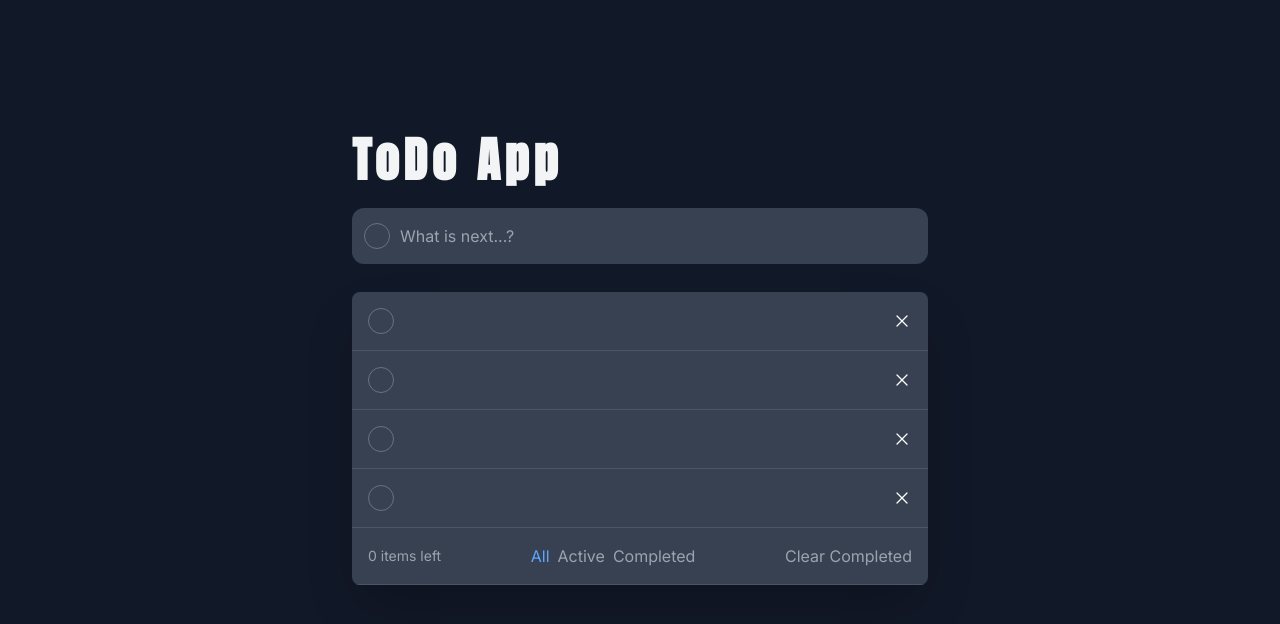
Repository: mvbri/app-todo-fullstack
Page: /
The author's editor kept a copy of each file at every save. The page is drawn from the files as they stood at one save, then again after the next save.
The browser window is 1280 px wide. The pictures show the whole page.
The project was rebuilt for these pictures with package versions that can differ from the ones it lists, and the page was loaded fresh each time. Also part of the build but not shown: src/App.css.

Above is the page before, as saved 2023-04-11 15:06:44.

### public/index.html
<!DOCTYPE html>
<html lang="en">
	<head>
		<meta charset="utf-8" />
		<link rel="icon" href="%PUBLIC_URL%/favicon.ico" />
		<meta name="viewport" content="width=device-width, initial-scale=1" />
		<meta name="theme-color" content="#000000" />
		<meta
			name="description"
			content="Web site created using create-react-app"
		/>
		<link rel="apple-touch-icon" href="%PUBLIC_URL%/logo192.png" />
		<!--
      manifest.json provides metadata used when your web app is installed on a
      user's mobile device or desktop. See https://developers.google.com/web/fundamentals/web-app-manifest/
    -->
		<link rel="manifest" href="%PUBLIC_URL%/manifest.json" />
		<!--
      Notice the use of %PUBLIC_URL% in the tags above.
      It will be replaced with the URL of the `public` folder during the build.
      Only files inside the `public` folder can be referenced from the HTML.

      Unlike "/favicon.ico" or "favicon.ico", "%PUBLIC_URL%/favicon.ico" will
      work correctly both with client-side routing and a non-root public URL.
      Learn how to configure a non-root public URL by running `npm run build`.
    -->
		<link rel="preconnect" href="https://fonts.googleapis.com" />
		<link rel="preconnect" href="https://fonts.gstatic.com" crossorigin />
		<link
			href="https://fonts.googleapis.com/css2?family=Anton&family=Inter&display=swap"
			rel="stylesheet"
		/>
		<title>React App</title>
	</head>
	<body>
		<noscript>You need to enable JavaScript to run this app.</noscript>
		<div id="root"></div>
		<!--
      This HTML file is a template.
      If you open it directly in the browser, you will see an empty page.

      You can add webfonts, meta tags, or analytics to this file.
      The build step will place the bundled scripts into the <body> tag.

      To begin the development, run `npm start` or `yarn start`.
      To create a production bundle, use `npm run build` or `yarn build`.
    -->
	</body>
</html>

### src/App.js
import './App.css';
import { useState } from 'react';
import Title from './components/Title';
import TodoInput from './components/TodoInput';
import TodoList from './components/TodoList';

function App() {
	const [todos, setTodos] = useState([
		{
			id: 1,
			title: 'Watch the next Marvel movie',
			completed: false,
		},
		{
			id: 2,
			title: 'Record the next video',
			completed: false,
		},
		{
			id: 3,
			title: 'Wash the dishes',
			completed: false,
		},
		{
			id: 4,
			title: 'Study 2 hours',
			completed: false,
		},
	]);

	return (
		<div className='bg-gray-900 min-h-screen h-ful text-gray-100 font-inter flex items-center justify-center py-20 px-5'>
			<div className='container flex flex-col max-w-xl'>
				<Title />
				<TodoInput />
				<TodoList todos={todos} />
			</div>
		</div>
	);
}

export default App;

### src/components/Title.js
import React from 'react';

function Title() {
	return (
		<h1 className='text-5xl font-anton font-bold tracking-widest'>ToDo App</h1>
	);
}

export default Title;

### src/components/TodoInput.js
import React from 'react';

function TodoInput() {
	return (
		<div className='mt-6 relative'>
			<div className='absolute inset-y-0 left-0 pl-3 flex items-center pointer-events-none'>
				<span className='border border-gray-500 border-solid p-3 rounded-full'></span>
			</div>
			<input
				type='text'
				className='focus:shadow-lg font-inter focus:shadow-blue-800 pl-12 w-full py-4 bg-gray-700 rounded-xl outline-none trasitiona-all duration-300 ease-in-out'
				placeholder='What is next...?'
			></input>
		</div>
	);
}

export default TodoInput;

### src/components/TodoList.js
import React from 'react';
import Todo from './Todo';
import TodoFilters from './TodoFilters';

function TodoList({ todos }) {
	return (
		<div className='flex flex-col mt-7 rounded-lg overflow-hidden shadow-2xl'>
			{todos.map((todo) => (
				<Todo key={todo.id} todo={todo} />
			))}
			<TodoFilters />
		</div>
	);
}

export default TodoList;

### src/components/Todo.js
import React from 'react';

const Todo = ({ todo }) => {
	return (
		<div className='flex items-center justify-between p-4 bg-gray-700 border-b border-solid border-gray-600'>
			<div className='flex items-center'>
				<span className='border-solid border border-gray-500 rounded-full p-3 cursor-pointer'></span>
				<p className='pl-3'>{todo.tile}</p>
			</div>
			<img
				className='h-5 w-5 cursor-pointer trasition-all duration-300 ease-in'
				src='./close-icon.svg'
				alt='icon'
			/>
		</div>
	);
};

export default Todo;

### src/components/TodoFilters.js
import React from 'react';
import {
	FiltersContainer,
	ItemsLeft,
	FilterButtonContainer,
	FilterButon,
} from './TodoFiltersComponents';

const TodoFilters = () => {
	return (
		<FiltersContainer>
			<ItemsLeft />
			<FilterButtonContainer>
				<FilterButon action={() => {}} active='all' filter='All' />
				<FilterButon action={() => {}} active='all' filter='Active' />
				<FilterButon action={() => {}} active='all' filter='Completed' />
			</FilterButtonContainer>

			<button className='text-gray-400 hover:text-white cursor-pointer transition-all duration-300 ease-in'>
				Clear Completed
			</button>
		</FiltersContainer>
	);
};

export default TodoFilters;

### src/components/TodoFiltersComponents.js
export const FiltersContainer = ({ children }) => {
	return (
		<div className='flex items-center justify-between p-4 bg-gray-700 border-b border-solid border-gray-600'>
			{children}
		</div>
	);
};

export const ItemsLeft = ({ total = 0 }) => {
	return <p className='text-gray-400 text-sm'>{total} items left</p>;
};

export const FilterButtonContainer = ({ children }) => {
	return <div className='flex items-center space-x-2'>{children}</div>;
};

export const FilterButon = ({ action, active, filter }) => {
	return (
		<button
			className={
				'hover:text-white cursor-pointer transition-all duration-300 ease-in-out ' +
				(active.toLowerCase().includes(filter.toLowerCase())
					? 'text-blue-400'
					: 'text-gray-400')
			}
		>
			{filter}
		</button>
	);
};

### tailwind.config.js
/** @type {import('tailwindcss').Config} */
module.exports = {
	content: ['./src/**/*.{js,jsx,ts,tsx}'],
	theme: {
		extend: {
			fontFamily: {
				anton: "'Anton', serif",
				inter: "'Inter', serif",
			},
		},
	},
	plugins: [],
};

Loaded but not shown: src/index.js (common file); src/index.css (common file); src/reportWebVitals.js (common file)

After the next save:
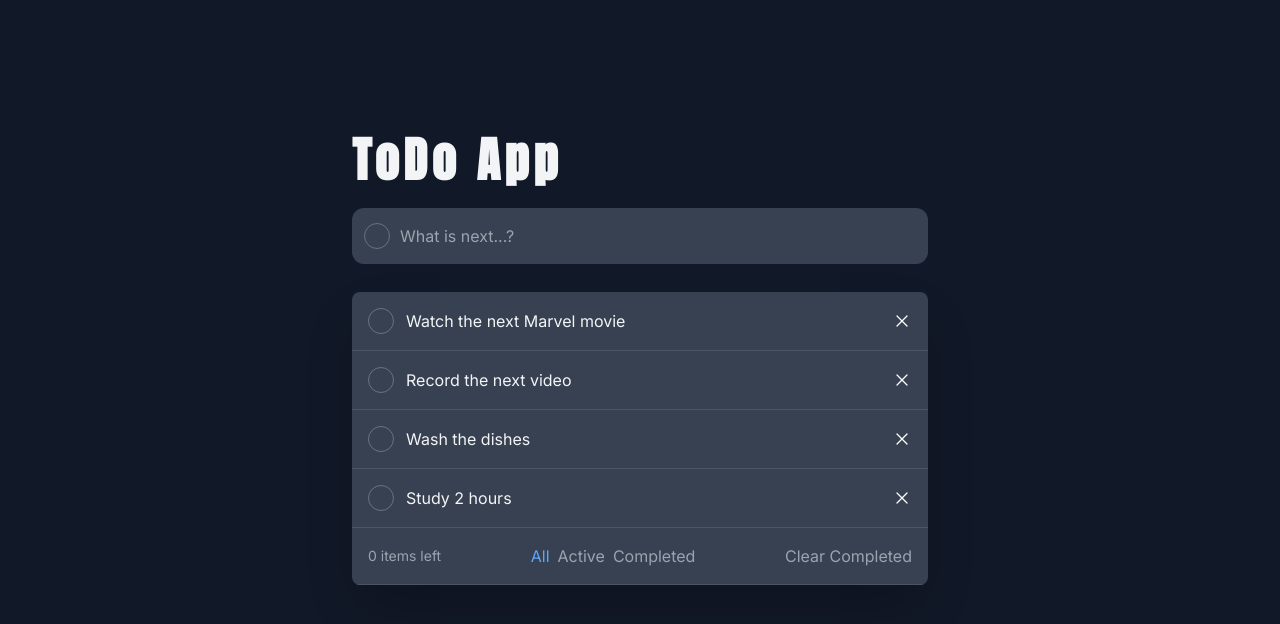
Saved 37 s later.
--- a/src/components/Todo.js
+++ b/src/components/Todo.js
@@ -5,7 +5,7 @@ const Todo = ({ todo }) => {
 		<div className='flex items-center justify-between p-4 bg-gray-700 border-b border-solid border-gray-600'>
 			<div className='flex items-center'>
 				<span className='border-solid border border-gray-500 rounded-full p-3 cursor-pointer'></span>
-				<p className='pl-3'>{todo.tile}</p>
+				<p className='pl-3'>{todo.title}</p>
 			</div>
 			<img
 				className='h-5 w-5 cursor-pointer trasition-all duration-300 ease-in'
